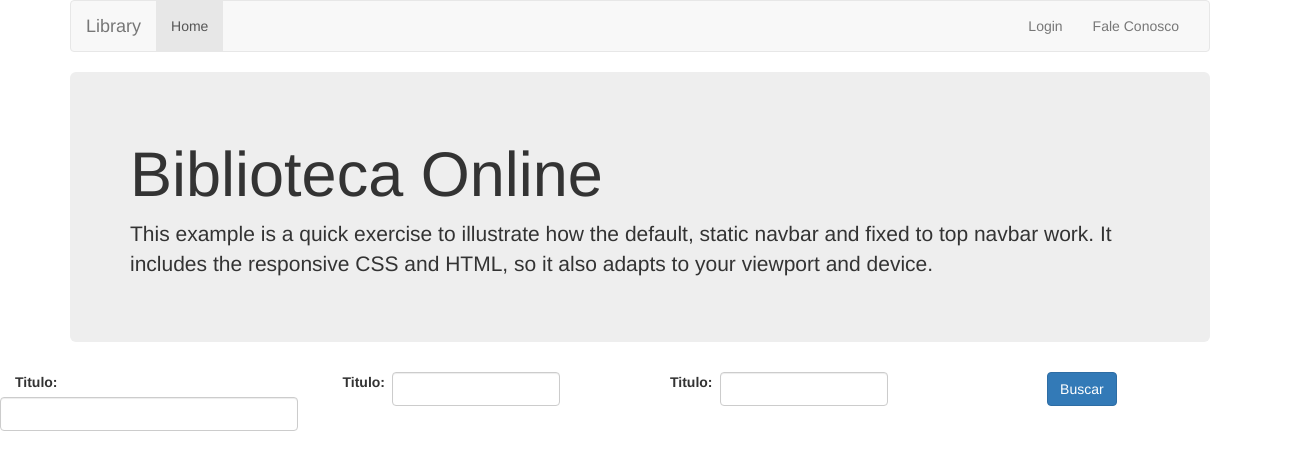
Repository: stefanyco/biblioteca
Page: http://localhost/Biblioteca/home.jsp
An editor plug-in stored every save of this project. The page is shown before and after the next save, followed by the edit.
The browser window is 1280 px wide. The page is 1295 px wide, so the pictures cover 1295 px, including what lies to the right of the window. The pictures show the whole page.
The page is served by Tomcat 9. Other server files are loaded and not shown.

Above is the page before, as saved 2016-11-07 22:59:57.

### Sistema Biblioteca/Biblioteca/WebContent/home.jsp
<%@ page language="java" contentType="text/html; charset=ISO-8859-1"
	pageEncoding="ISO-8859-1"%>
<!DOCTYPE html PUBLIC "-//W3C//DTD HTML 4.01 Transitional//EN" "http://www.w3.org/TR/html4/loose.dtd">
<html>
<head>
<meta http-equiv="Content-Type" content="text/html; charset=ISO-8859-1">
<link href="bootstrap.min.css" rel="stylesheet">
<title>Library System</title>
</head>
<body>

	<div class="container">

		<!-- Static navbar -->
		<nav class="navbar navbar-default">
		<div class="container-fluid">
			<div class="navbar-header">
				<a class="navbar-brand" href="#">Library</a>
			</div>
			<div id="navbar" class="navbar-collapse collapse">
				<ul class="nav navbar-nav">
					<li class="active"><a href="#">Home</a></li>
				</ul>
				<ul class="nav navbar-nav navbar-right">
					<li><a href="../navbar-static-top/">Login</a></li>
					<li><a href="contato.jsp">Fale Conosco</a></li>
				</ul>
			</div>
			<!--/.nav-collapse -->
		</div>
		<!--/.container-fluid --> </nav>

		<!-- Main component for a primary marketing message or call to action -->
		<div class="jumbotron">
			<h1>Biblioteca Online</h1>
			<p>This example is a quick exercise to illustrate how the
				default, static navbar and fixed to top navbar work. It includes the
				responsive CSS and HTML, so it also adapts to your viewport and
				device.</p>
		</div>

	</div>
	<div class="row">
		<div class="col-xs-6 col-sm-3">
			<div class="form-group">
				<label for="titulo" class="col-xs-2 control-label">Titulo:</label>
				<input type="text" class="form-control" name="titulo" required
						maxlength="50">

			</div>
		</div>
		<div class="col-xs-6 col-sm-3">
			<div class="form-group">
				<label for="titulo" class="col-xs-2 control-label">Titulo:</label>
				<div class="col-xs-8">
					<input type="text" class="form-control" name="titulo" required
						maxlength="50">
				</div>
			</div>
		</div>

		<div class="clearfix visible-xs-block">
			<div class="form-group">
				<label for="titulo" class="col-xs-2 control-label">Titulo:</label>
				<div class="col-xs-8">
					<input type="text" class="form-control" name="titulo" required
						maxlength="50">
				</div>
			</div>
		</div>

		<div class="col-xs-6 col-sm-3">
			<div class="form-group">
				<label for="titulo" class="col-xs-2 control-label">Titulo:</label>
				<div class="col-xs-8">
					<input type="text" class="form-control" name="titulo" required
						maxlength="50">
				</div>
			</div>
		</div>
		<div class="col-xs-6 col-sm-3">
			<div class="form-group">
				<div class="col-xs-offset-2 col-xs-10">
					<button type="submit" class="btn btn-primary">Buscar</button>
				</div>
			</div>
		</div>
	</div>
	<!-- /container -->

</body>
</html>

Loaded but not shown: Sistema Biblioteca/Biblioteca/WebContent/bootstrap.min.css (library)

After the next save:
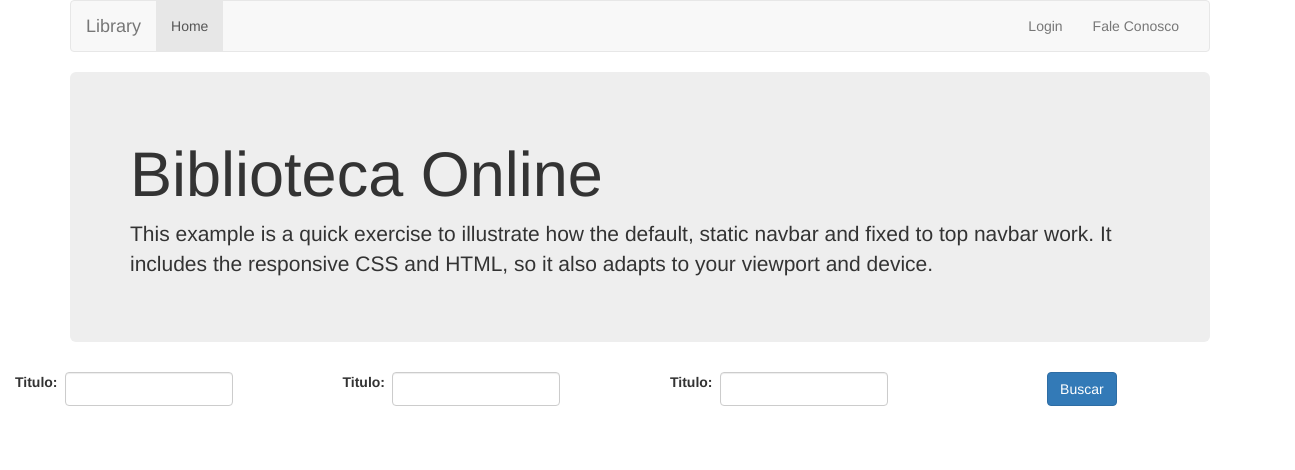
Saved 29 s later.
--- a/Sistema Biblioteca/Biblioteca/WebContent/home.jsp
+++ b/Sistema Biblioteca/Biblioteca/WebContent/home.jsp
@@ -44,9 +44,10 @@
 		<div class="col-xs-6 col-sm-3">
 			<div class="form-group">
 				<label for="titulo" class="col-xs-2 control-label">Titulo:</label>
-				<input type="text" class="form-control" name="titulo" required
+				<div class="col-xs-8">
+					<input type="text" class="form-control" name="titulo" required
 						maxlength="50">
-
+				</div>
 			</div>
 		</div>
 		<div class="col-xs-6 col-sm-3">
